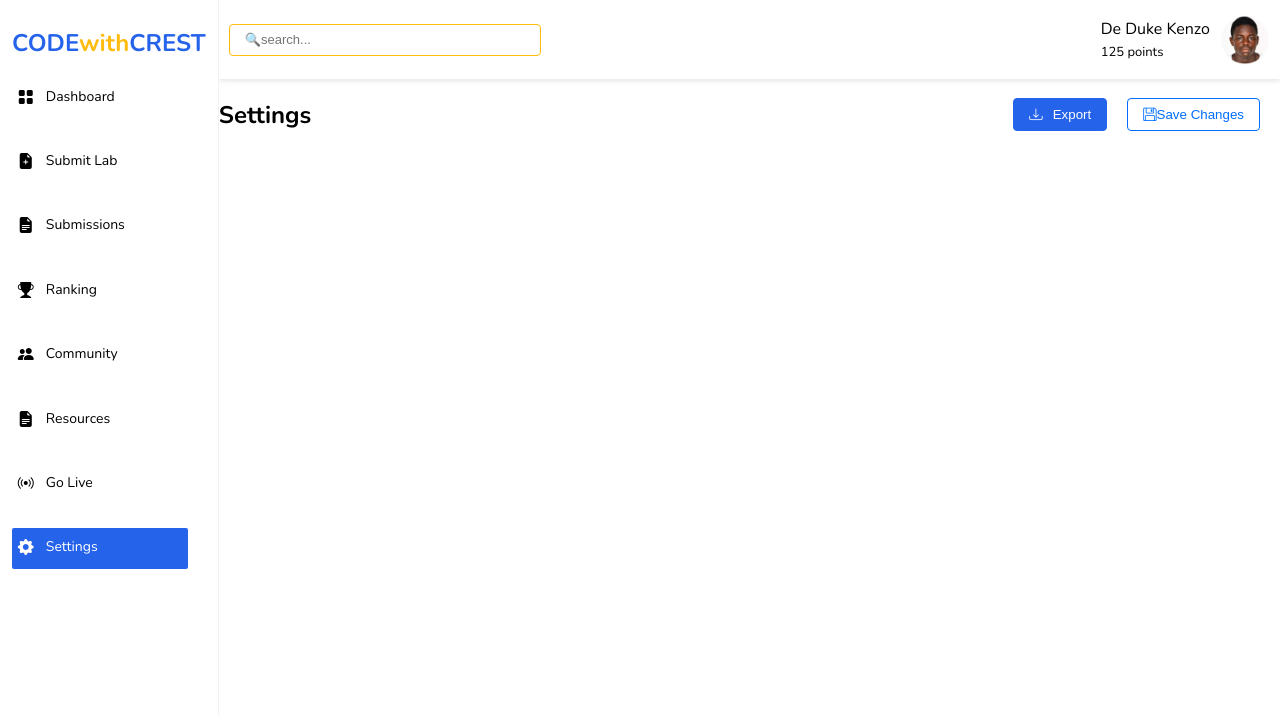
Repository: CarlTeclancing/codewithcrest
Page: /dashboard/settings
These files come from the project's save history. The page is drawn as it stood at one moment and after the next save; the edit follows.
The browser window is 1280 px wide. The pictures show the whole page.
The project was rebuilt for these pictures with package versions that can differ from the ones it lists, and the page was loaded fresh each time. Also part of the build but not shown: vite.config.js, src/pages/Dashboard/dashboard.css, globals.js, src/pages/Dashboard/Dashboard.jsx, src/pages/ranking/ranking.css, src/components/UserCard.jsx, src/pages/ranking/Ranking.jsx, src/components/GuideLines.jsx and 18 more.

Above is the page before, as saved 2025-09-10 14:23:57.

After the next save:
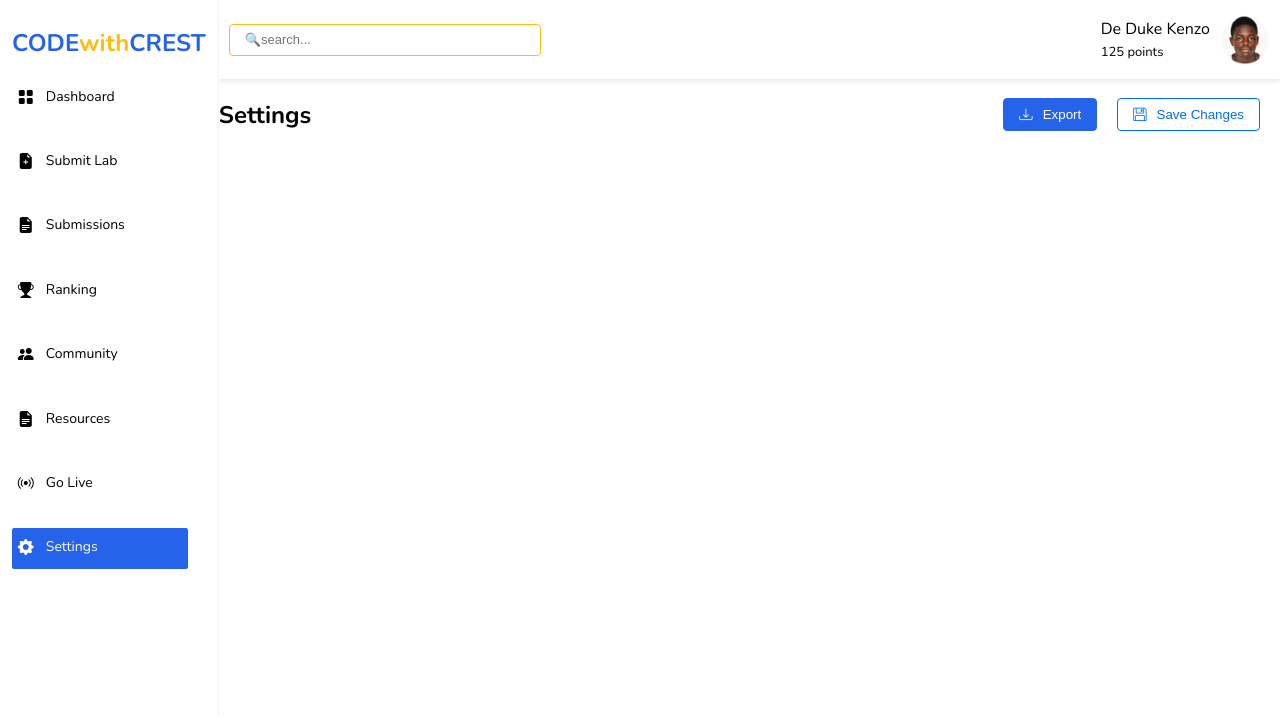
Saved 8 s later.
--- a/src/pages/settings/Setting.jsx
+++ b/src/pages/settings/Setting.jsx
@@ -11,7 +11,7 @@ function Setting() {
                     Export
                 </button>
                 <button className='btnl'>
-                    <i class="bi bi-floppy" ></i>
+                    <i class="bi bi-floppy" style={{marginRight:'10px'}} ></i>
                     Save Changes
                 </button>
             </div>
